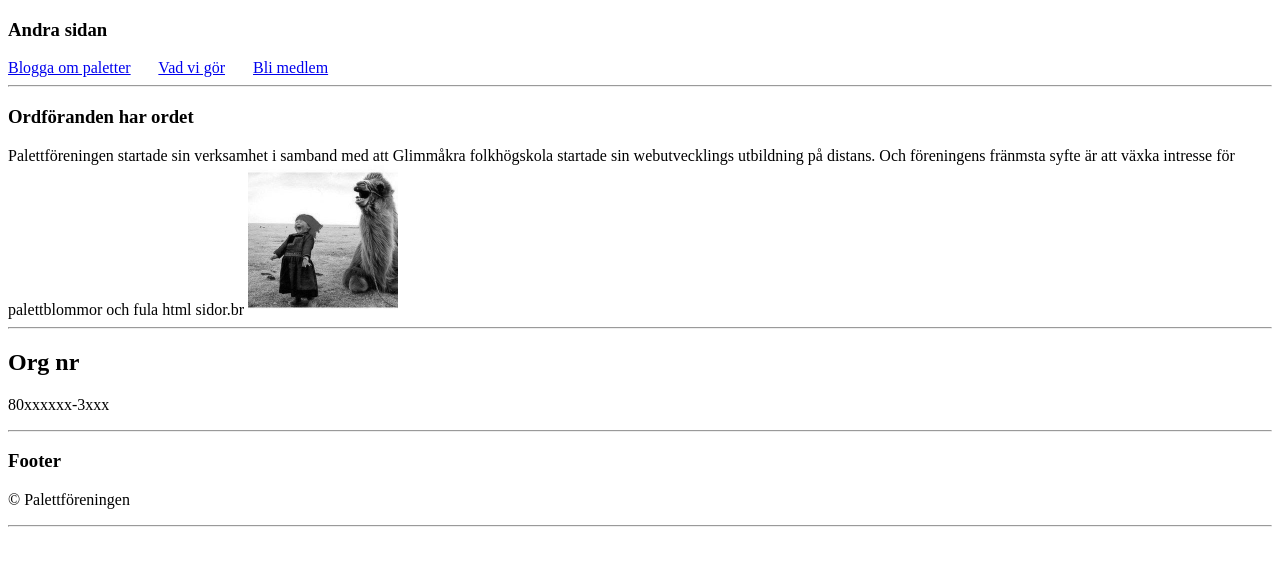
Repository: Webutveckling-20-21/Uppgift-1
Page: verksamheten.html
These files come from the project's save history. The page is drawn as it stood at one moment and after a run of saves; the edit follows.
The browser window is 1280 px wide. The pictures show the whole page.

Above is the page before, as saved 2021-09-07 12:04:53.

### verksamheten.html
<!-- Här alla måsten i huvudet såsom språk och språkkodning mm -->
<!DOCTYPE html>
<html lang="sv">


<head>
    <meta charset="UTF-8">
    <meta name="viewport" content="width=device-width, initial-scale=1.0">
    <title>verksamheten</title>
</head>

<body>
    <header>
        <h3>Andra sidan</h3>
        <!-- Här läggs alla länkar-->
        <a href="blogg.html">Blogga om paletter</a>&nbsp;&nbsp;&nbsp;&nbsp;&nbsp;&nbsp;
        <a href="verksamheten.html">Vad vi gör</a>&nbsp;&nbsp;&nbsp;&nbsp;&nbsp;&nbsp;
        <a href="medlemskap.html">Bli medlem</a>
    </header>
    <hr>
    <main>
         <article>

            <h3>Ordföranden har ordet</h3>
            Palettföreningen startade sin verksamhet i samband med att Glimmåkra folkhögskola startade sin webutvecklings utbildning på distans. Och föreningens fränmsta syfte är att växka intresse för palettblommor och fula html sidor.br


            <img src="images/ordförande pa excursion.jpg" width="150" height="150" alt="Ordförande berättar." >
        </article>

    </main>
    <hr>
    <aside>
        <h2>Org nr</h2>
        <p>80xxxxxx-3xxx</p>





    </aside>
    <hr>
    <footer>

        <h3>Footer</h3>
        <p> &copy; Palettföreningen</p>
    </footer>
    <hr>


</body>

</html>

After the next 2 saves:
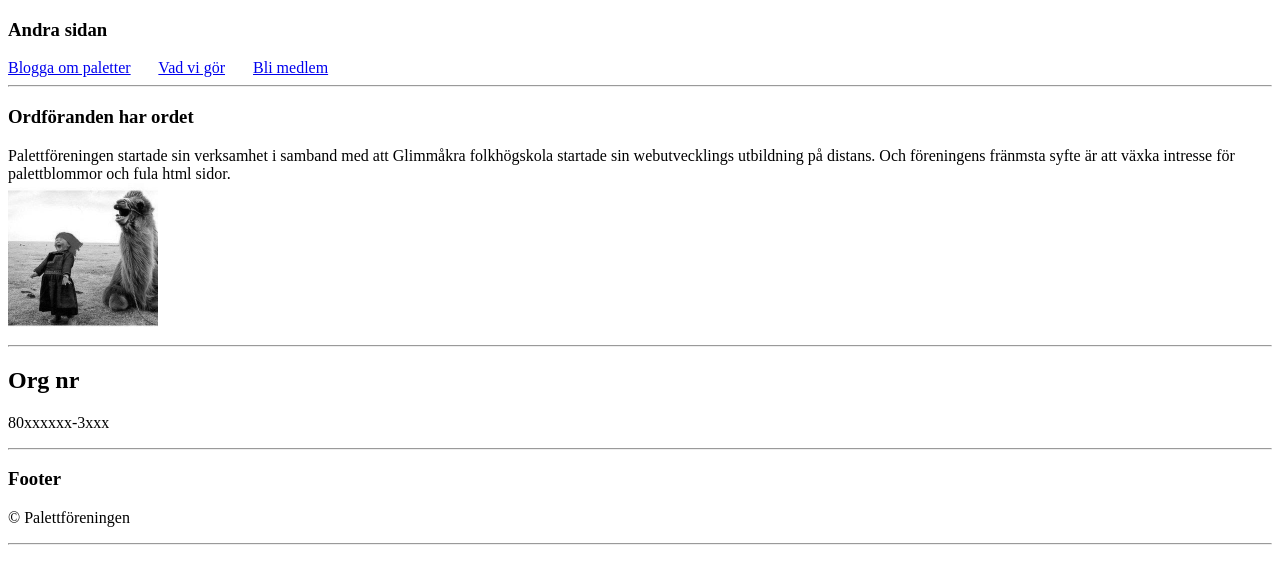
The 2 saves are shown as one change because they came seconds apart.
The last was saved 31 s later.
--- a/verksamheten.html
+++ b/verksamheten.html
@@ -22,7 +22,7 @@
          <article>
 
             <h3>Ordföranden har ordet</h3>
-            Palettföreningen startade sin verksamhet i samband med att Glimmåkra folkhögskola startade sin webutvecklings utbildning på distans. Och föreningens fränmsta syfte är att växka intresse för palettblommor och fula html sidor.br
+            Palettföreningen startade sin verksamhet i samband med att Glimmåkra folkhögskola startade sin webutvecklings utbildning på distans. Och föreningens fränmsta syfte är att växka intresse för palettblommor och fula html sidor. <br>
 
 
             <img src="images/ordförande pa excursion.jpg" width="150" height="150" alt="Ordförande berättar." >
